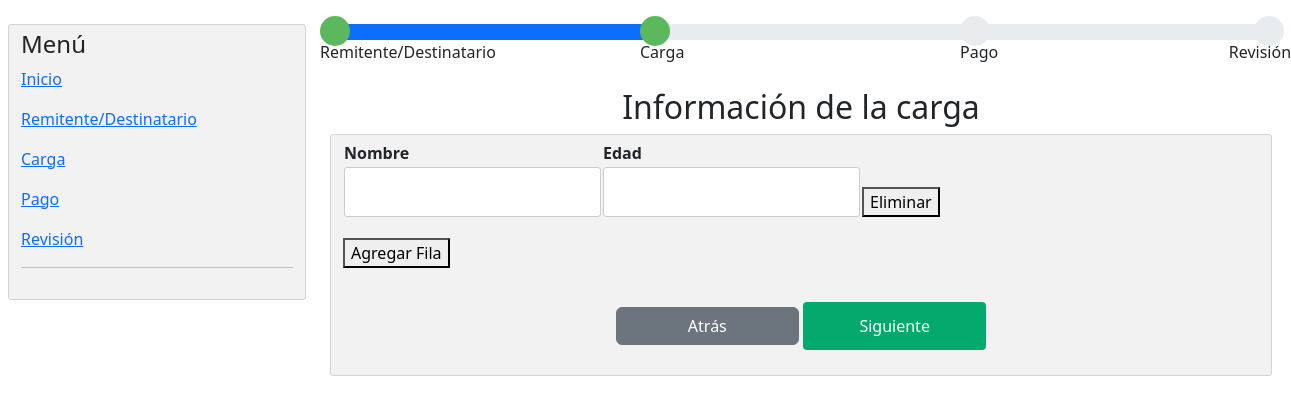
Repository: SennovaFluvial/Trasnfluvial
Page: appFluvial/templates/card1carga.html
These files come from the project's save history. The page is drawn as it stood at one moment and after the next save; the edit follows.
The browser window is 1280 px wide. The page is 1291 px wide, so the pictures cover 1291 px, including what lies to the right of the window. The pictures show the whole page.
The template is drawn by Django 3.2. The application's start-up code is not run. Other server files are loaded and not shown. The template is opened directly, without the code that normally fills it, so the values that code supplies are empty.

Above is the page before, as saved 2023-10-19 23:15:40.

### appFluvial/templates/card1carga.html
<!DOCTYPE html>
<html>
<head>
<meta name="viewport" content="width=device-width, initial-scale=1">
<!--link rel="stylesheet" href="https://cdnjs.cloudflare.com/ajax/libs/font-awesome/4.7.0/css/font-awesome.min.css"-->
<style>
body {
  font-family: Arial;
  font-size: 17px;
  padding: 8px;
}

* {
  box-sizing: border-box;
}

.row {
  display: -ms-flexbox; /* IE10 */
  display: flex;
  -ms-flex-wrap: wrap; /* IE10 */
  flex-wrap: wrap;
  margin: 0 -16px;
}

.col-25 {
  -ms-flex: 25%; /* IE10 */
  flex: 25%;
}

.col-50 {
  -ms-flex: 50%; /* IE10 */
  flex: 50%;
}

.col-75 {
  -ms-flex: 75%; /* IE10 */
  flex: 75%;
}

.col-25,
.col-50,
.col-75 {
  padding: 0 16px;
}

.container {
  background-color: #f2f2f2;
  padding: 5px 20px 15px 20px;
  border: 1px solid lightgrey;
  border-radius: 3px;
}

input[type=text], select {
  width: 100%;
  margin-bottom: 20px;
  padding: 12px;
  border: 1px solid #ccc;
  border-radius: 3px;
}

input[type=submit] {
  background-color: #04AA6D;
  color: white;
  padding: 12px 20px;
  border: none;
  border-radius: 4px;
  cursor: pointer;
}

input[type=submit]:hover {
  background-color: #45a049;
}

label {
  margin-bottom: 10px;
  display: block;
}

.icon-container {
  margin-bottom: 20px;
  padding: 7px 0;
  font-size: 24px;
}

.btn {
  background-color: #04AA6D;
  color: white;
  padding: 12px;
  margin: 10px 0;
  border: none;
  width: 20%;
  border-radius: 3px;
  cursor: pointer;
  font-size: 17px;
}

.btn:hover {
  background-color: #45a049;
}

a {
  color: #2196F3;
}

hr {
  border: 1px solid lightgrey;
}

span.price {
  float: right;
  color: grey;
}


@media (max-width: 800px) {
  .row {
    flex-direction: column-reverse;
  }
  .col-25 {
    margin-bottom: 20px;
  }
}

</style>
<style>
  .one, .two, .three, .four{
    position:absolute;
    margin-top: -8px;
    z-index:1;
    height:30px;
    width:30px;
    border-radius:20px;
}
.one{
	left:25%;
}
.two{
	left:50%;
}
.three{
	left:75%;
}
.four{
	left:98%;
}
.primary-color{
	background-color:#4989bd;
}
.success-color{
	background-color:#5cb85c;
}
.info-color{
	background-color:#5bc0de;
}
.no-color{
	background-color:inherit;
}

</style>
<script>
  function addRow() {
      var table = document.getElementById("myTable");
      var row = table.insertRow(-1);
      var cell1 = row.insertCell(0);
      var cell2 = row.insertCell(1);
      var cell3 = row.insertCell(2);
      cell1.innerHTML = "<input type='text' name='name'>";
      cell2.innerHTML = "<input type='text' name='age'>";
      cell3.innerHTML = "<button type='button' onclick='deleteRow(this)'>Eliminar</button>";
  }

  function deleteRow(btn) {
      var row = btn.parentNode.parentNode;
      row.parentNode.removeChild(row);
  }
</script>

<link rel="stylesheet" href="https://cdn.jsdelivr.net/npm/bootstrap@5.2.3/dist/css/bootstrap.min.css" integrity="sha384-rbsA2VBKQhggwzxH7pPCaAqO46MgnOM80zW1RWuH61DGLwZJEdK2Kadq2F9CUG65" crossorigin="anonymous">
<script src="https://cdn.jsdelivr.net/npm/bootstrap@5.2.3/dist/js/bootstrap.min.js" integrity="sha384-cuYeSxntonz0PPNlHhBs68uyIAVpIIOZZ5JqeqvYYIcEL727kskC66kF92t6Xl2V" crossorigin="anonymous"></script>

</head>
<body>

<p></p>
<div class="row">

  <div class="col-25">

    <div class="container">
      <h4>Menú <span class="price" style="color:black"><i class="fa fa-shopping-cart"></i> <b></b></span></h4>
      <p><a href="../../">Inicio</a> <span class="price"> </span></p>
      <p><a href="../../card/1/remitente">Remitente/Destinatario</a> <span class="price">  </span></p>
      <p><a href="../../card/1/carga">Carga</a> <span class="price"> </span></p>
      <p><a href="../../card/1/pago">Pago</a> <span class="price"> </span></p>
      <p><a href="../../card/1/revision">Revisión</a> <span class="price"> </span></p>
      <hr>
    </div>
  </div>


  <div class="col-75">
    <!--  ****************************************BEGIN************************************************ -->
    <div class="container_">
      <div class="row"><br />
        <div class="col-md-12">
        <div class="progress">
            <div class="one success-color"></div>
            <div class="two success-color"></div>
            <div class="three no-color"></div>
            <div class="four no-color"></div>
            <div class="progress-bar progress-bar-success" style="width: 34%"></div>
        </div>
        <br>
        <label for="one" style="position: absolute; top: 30px; left: 25%; z-index: 1; margin-top: 10px;">Remitente/Destinatario</label>
        <label for="two" style="position: absolute; top: 30px; left: 50%; z-index: 1; margin-top: 10px;">Carga</label>
        <label for="three" style="position: absolute; top: 30px; left: 75%; z-index: 1; margin-top: 10px;">Pago</label>
        <label for="four" style="position: absolute; top: 30px; left: 96%; z-index: 1; margin-top: 10px;">Revisión</label>

      </div>
      </div>
    </div>
    <br>
    <!-- -*****************************************END**********************************************-->
    <div class="text-center">
    <h2>Información de la carga</h2>
    </div>
    <div class="container">
      <form method="post">
        {% csrf_token %}
        <div class="row">
          <div class="col-50">
            <table id="myTable">
              <tr>
                <th>Nombre</th>
                <th>Edad</th>
              </tr>
              <tr>
                <td><input type="text" name="name"></td>
                <td><input type="text" name="age"></td>
                <td><button type="button" onclick="deleteRow(this)">Eliminar</button></td>
              </tr>
            </table>

            <button type="button" onclick="addRow()">Agregar Fila</button>
          </div>
        </div>
        <br>
        <div class="text-center">
        <a href="javascript:history.back()" class="btn btn-secondary">Atrás</a>
        <input type="submit" value="Siguiente" class="btn">
        </div>
      </form>
    </div>
  </div>
</div>

</body>
</html>

After the next save:
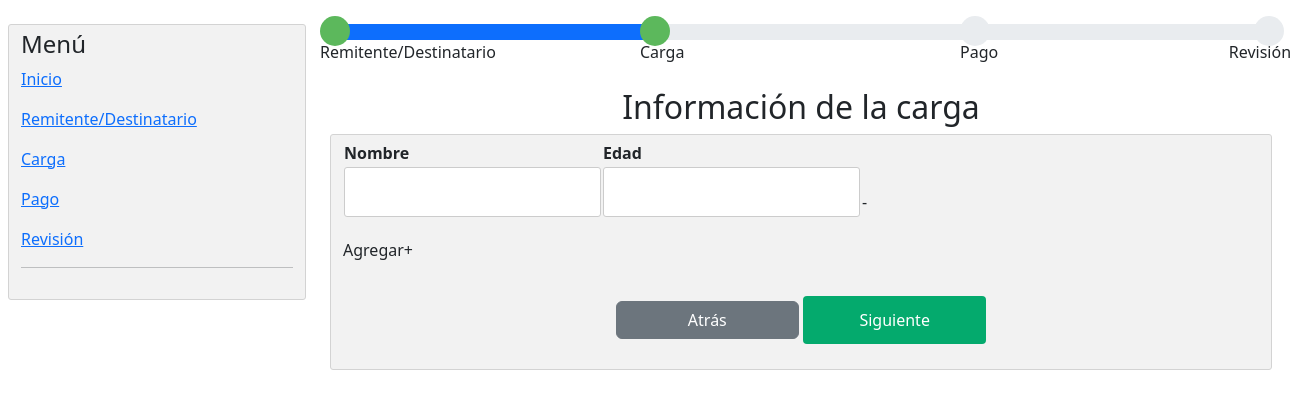
Saved 2 min 1 s later.
--- a/appFluvial/templates/card1carga.html
+++ b/appFluvial/templates/card1carga.html
@@ -237,11 +237,11 @@ span.price {
               <tr>
                 <td><input type="text" name="name"></td>
                 <td><input type="text" name="age"></td>
-                <td><button type="button" onclick="deleteRow(this)">Eliminar</button></td>
+                <td><a type="btn btn-secondary" onclick="deleteRow(this)">-</a></td>
               </tr>
             </table>
 
-            <button type="button" onclick="addRow()">Agregar Fila</button>
+            <a type="btn btn-success" onclick="addRow()">Agregar+</a>
           </div>
         </div>
         <br>
